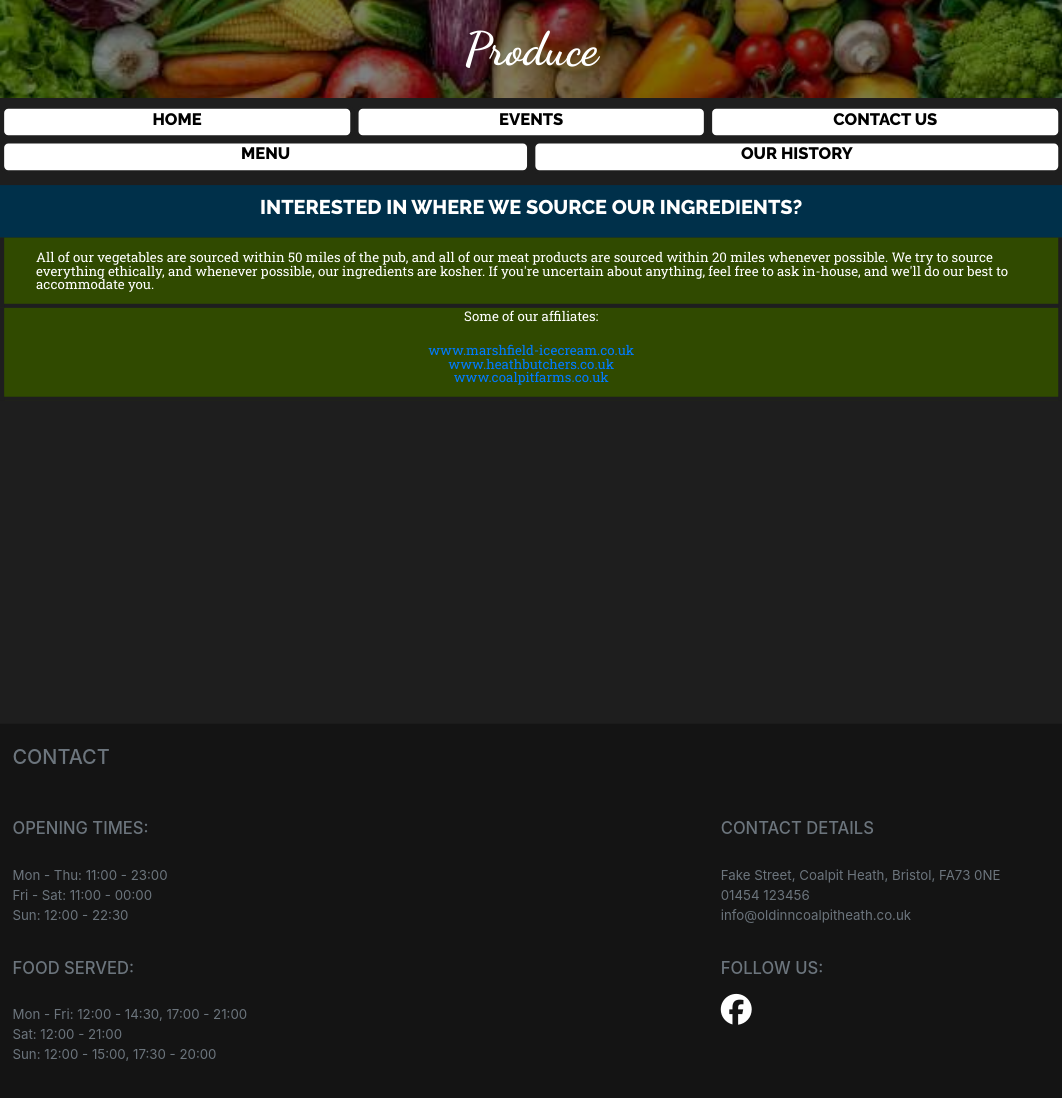
Repository: Code-Institute-Submissions/JamesLStudent-Milestone_One
Page: produce.html
The author's editor kept a record of every edit. The page is drawn from the files as they stood at one moment, then again after the next edit.
The browser window is 1280 px wide. The pictures show the whole page, at 83% of full size.
Some web libraries are served in a nearby version.

Above is the page before.
Console error: TypeError: Cannot read properties of undefined (reading 'fn')

After the next edit:
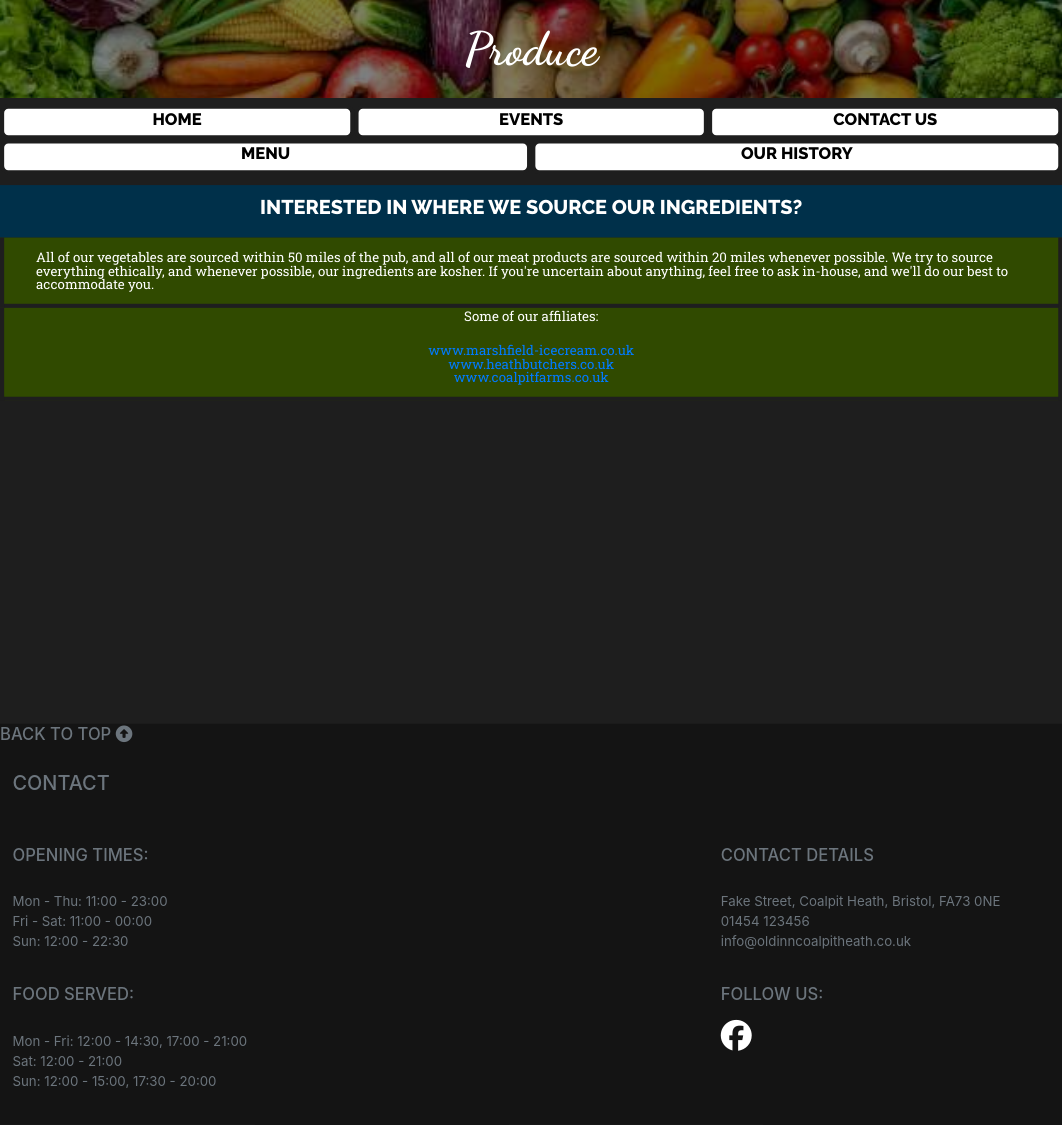
The edit:
--- a/produce.html
+++ b/produce.html
@@ -97,6 +97,9 @@
     </div>
     <footer>
        <div class="footer">
+           <a href="#top">
+                    <h5 class="back-top text-muted">BACK TO TOP <i class="fas fa-arrow-alt-circle-up"></i></h5>
+                </a>
                 <div class="col-12 footer-div text-muted">
                     <h4>CONTACT</h4>
                 </div>
